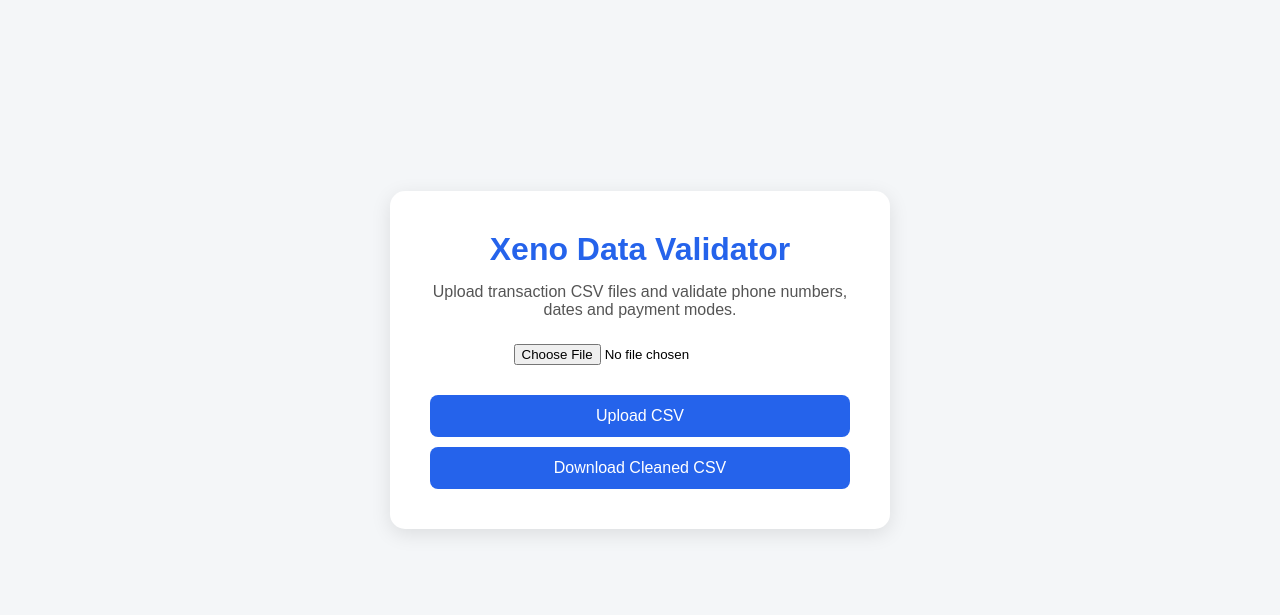
Repository: Aartigarg446/xeno-data-validator
Page: / (app in frontend/)
An editor plug-in stored every save of this project. The page is shown before and after the next save, followed by the edit.
The browser window is 1280 px wide. The pictures show the whole page.
The project was rebuilt for these pictures with package versions that can differ from the ones it lists, and the page was loaded fresh each time. Also part of the build but not shown: frontend/vite.config.js.

Above is the page before, as saved 2026-06-17 13:40:28.

After the next save:
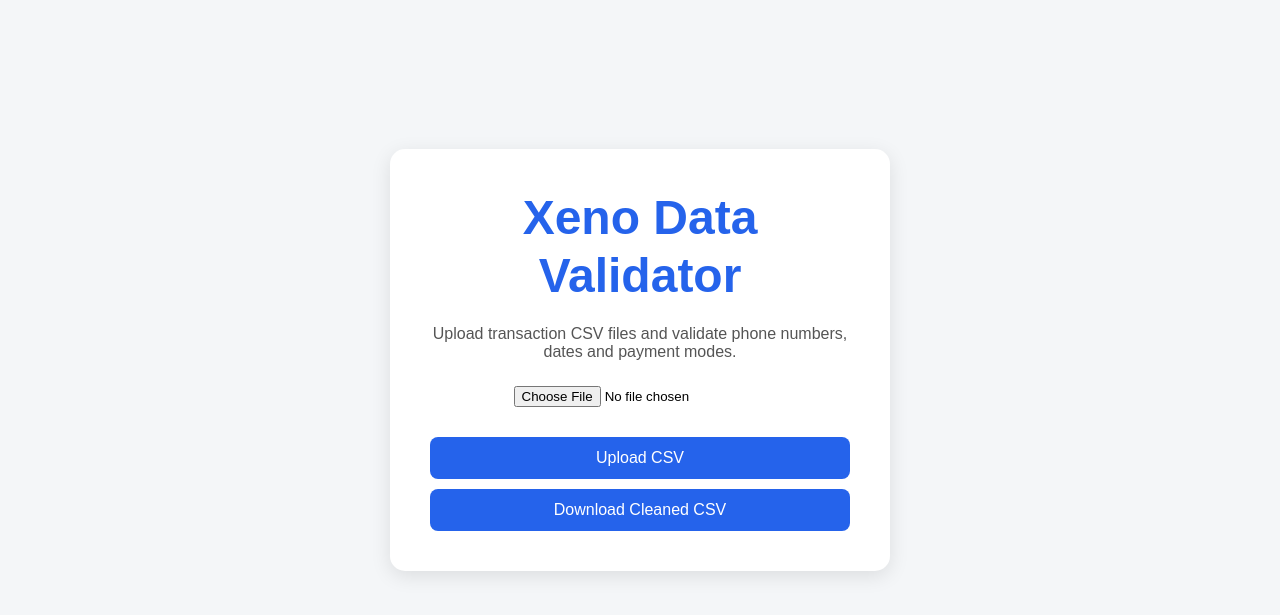
Saved 29 s later.
--- a/frontend/src/App.css
+++ b/frontend/src/App.css
@@ -27,7 +27,9 @@
 
 h1 {
   color: #2563eb;
-  margin-bottom: 15px;
+  margin-bottom: 20px;
+  font-size: 48px;
+  line-height: 1.2;
 }
 
 p {
